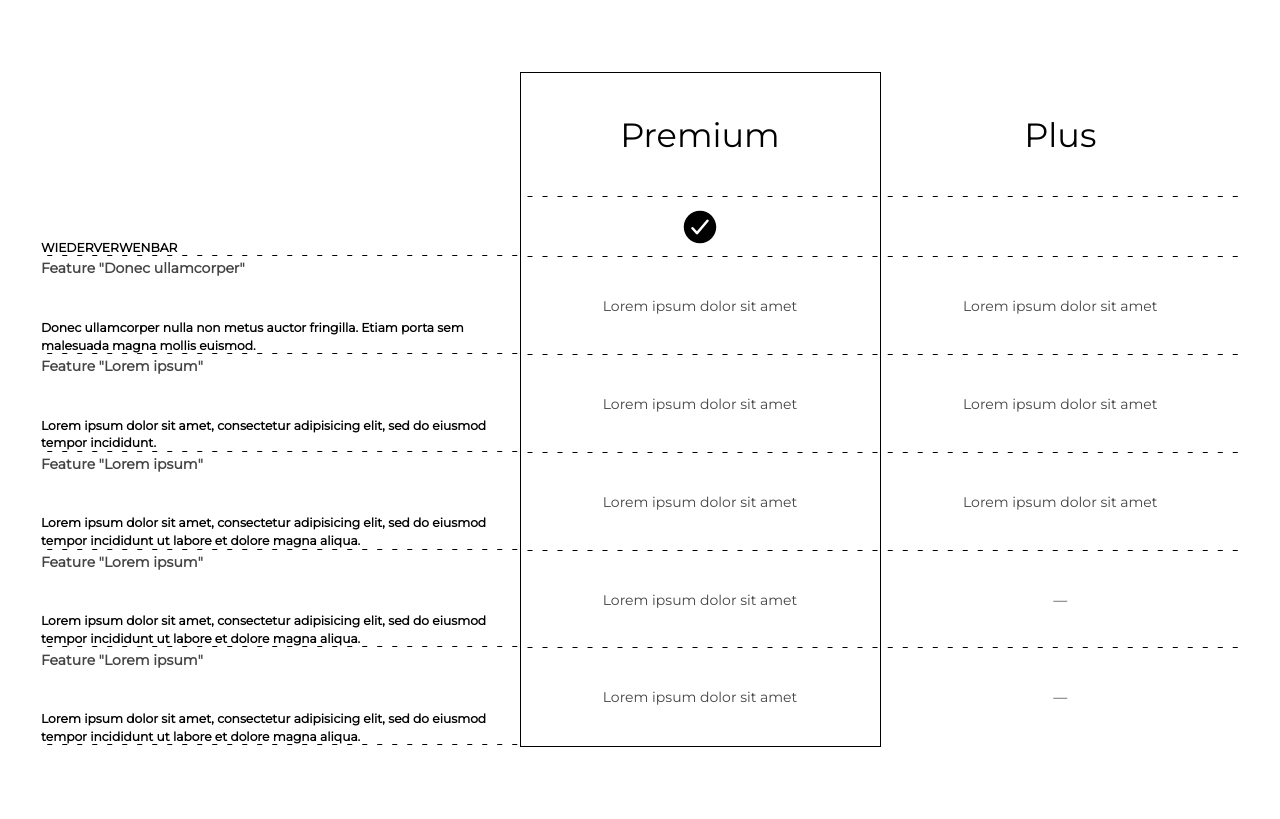
Repository: darlino/gotyu_shopify_section
Page: gotyu_table210223/index.html
The author's editor kept a copy of each file at every save. The page is drawn from the files as they stood at one save, then again after the next save.
The browser window is 1280 px wide. The pictures show the whole page.

Above is the page before, as saved 2023-02-21 13:16:55.

### gotyu_table210223/index.html
<!DOCTYPE html>
<html lang="en">
  <head>
    <meta charset="UTF-8" />
    <meta http-equiv="X-UA-Compatible" content="IE=edge" />
    <meta name="viewport" content="width=device-width, initial-scale=1.0" />
    <title>Document</title>
    <link rel="stylesheet" href="style.css" />
    <link rel="preconnect" href="https://fonts.googleapis.com" />
    <link rel="preconnect" href="https://fonts.gstatic.com" crossorigin />
    <link
      href="https://fonts.googleapis.com/css2?family=Montserrat&display=swap"
      rel="stylesheet"
    />
  </head>
  <body>
    <table>
      <colgroup></colgroup>
      <colgroup></colgroup>
      <colgroup></colgroup>

      <thead>
        <tr>
          <th>&nbsp;</th>
          <th>
            <h2>Premium</h2>
          </th>
          <th>
            <h2>Plus</h2>
          </th>
        </tr>
      </thead>

      <tbody>
        <tr>
          <th>
            <span> WIEDERVERWENBAR </span>
          </th>
          <td>
            <div class="icon-wrapper">
              <svg
                xmlns="http://www.w3.org/2000/svg"
                class="ionicon"
                viewBox="0 0 512 512"
              >
                <title>Checkmark Circle</title>
                <path
                  d="M256 48C141.31 48 48 141.31 48 256s93.31 208 208 208 208-93.31 208-208S370.69 48 256 48zm108.25 138.29l-134.4 160a16 16 0 01-12 5.71h-.27a16 16 0 01-11.89-5.3l-57.6-64a16 16 0 1123.78-21.4l45.29 50.32 122.59-145.91a16 16 0 0124.5 20.58z"
                />
              </svg>
            </div>
          </td>
          <td></td>
        </tr>
        <tr>
          <th>
            Feature "Donec ullamcorper"
            <span
              >Donec ullamcorper nulla non metus auctor fringilla. Etiam porta
              sem malesuada magna mollis euismod.</span
            >
          </th>
          <td>Lorem ipsum dolor sit amet</td>
          <td>Lorem ipsum dolor sit amet</td>
        </tr>
        <tr>
          <th>
            Feature "Lorem ipsum"
            <span
              >Lorem ipsum dolor sit amet, consectetur adipisicing elit, sed do
              eiusmod tempor incididunt.</span
            >
          </th>
          <td>Lorem ipsum dolor sit amet</td>
          <td>Lorem ipsum dolor sit amet</td>
        </tr>
        <tr>
          <th>
            Feature "Lorem ipsum"
            <span
              >Lorem ipsum dolor sit amet, consectetur adipisicing elit, sed do
              eiusmod tempor incididunt ut labore et dolore magna aliqua.</span
            >
          </th>
          <td>Lorem ipsum dolor sit amet</td>
          <td>Lorem ipsum dolor sit amet</td>
        </tr>
        <tr>
          <th>
            Feature "Lorem ipsum"
            <span
              >Lorem ipsum dolor sit amet, consectetur adipisicing elit, sed do
              eiusmod tempor incididunt ut labore et dolore magna aliqua.</span
            >
          </th>
          <td>Lorem ipsum dolor sit amet</td>
          <td>&mdash;</td>
        </tr>
        <tr>
          <th>
            Feature "Lorem ipsum"
            <span
              >Lorem ipsum dolor sit amet, consectetur adipisicing elit, sed do
              eiusmod tempor incididunt ut labore et dolore magna aliqua.</span
            >
          </th>
          <td>Lorem ipsum dolor sit amet</td>
          <td>&mdash;</td>
        </tr>
      </tbody>
    </table>
  </body>
</html>

### gotyu_table210223/style.css
body {
  background: #fff;
  font-family: "Montserrat", sans-serif;
  color: #000;
  text-align: center;
  padding: 4em 2em;
}

table {
  width: 100%;
  text-align: left;
  border-spacing: 0;
  border-collapse: collapse;
  -webkit-box-sizing: border-box;
  -moz-box-sizing: border-box;
  box-sizing: border-box;
  border: none;
}

th,
td {
  font-family: inherit;
  font-size: 0.875em;
  line-height: 1.45;
  color: #444;
  vertical-align: middle;
}
th {
  font-weight: 600;
}

colgroup:nth-child(1) {
  width: 40%;
  border: 0 none;
}
colgroup:nth-child(3) {
  width: 30%;
}
colgroup:nth-child(2) {
  width: 30%;
  border: 1px solid #000;
  border-radius: 50%;
}

/* Tablehead */

thead th {
  text-align: center;
  position: relative;
  background-image: linear-gradient(
    to right,
    black 33%,
    rgba(255, 255, 255, 0) 0%
  );
  background-position: bottom;
  background-size: 15px 1.2px;
  background-repeat: repeat-x;
  padding: 10px 0px 10px;
  color: #999;
}
thead th:nth-child(1) {
  background: transparent;
}
thead th h2 {
  font-weight: 300;
  font-size: 2.4em;
  color: #000;
}
thead th h2 + p {
  font-size: 1.25em;
  line-height: 1.4;
}

/* Tablebody */

tbody th {
  background: #fff;
}
tbody th span {
  font-weight: bold;
  font-size: 87.5%;
  margin: auto;
  color: #000;
  display: flex;
  background-image: linear-gradient(
    to right,
    black 33%,
    rgba(255, 255, 255, 0) 0%
  );
  background-position: bottom;
  background-size: 15px 1.2px;
  background-repeat: repeat-x;
  margin-top: 40px;
}

tbody td {
  background: #fff;
  text-align: center;
  background-image: linear-gradient(
    to right,
    black 33%,
    rgba(255, 255, 255, 0) 0%
  );
  background-position: bottom;
  background-size: 15px 1.2px;
  background-repeat: repeat-x;
}
tbody td .icon-wrapper {
  background: #fff;
  text-align: center;
  width: 40px;
  height: 40px;
  margin: auto;
  padding: 9px;
}

tbody tr:last-child td {
  border-bottom: 0 none;
  background-image: linear-gradient(to right, transparent 33%, transparent 0%);
  background-position: bottom;
  background-size: 15px 1.2px;
  background-repeat: repeat-x;
}

/* Tablefooter */

After the next save:
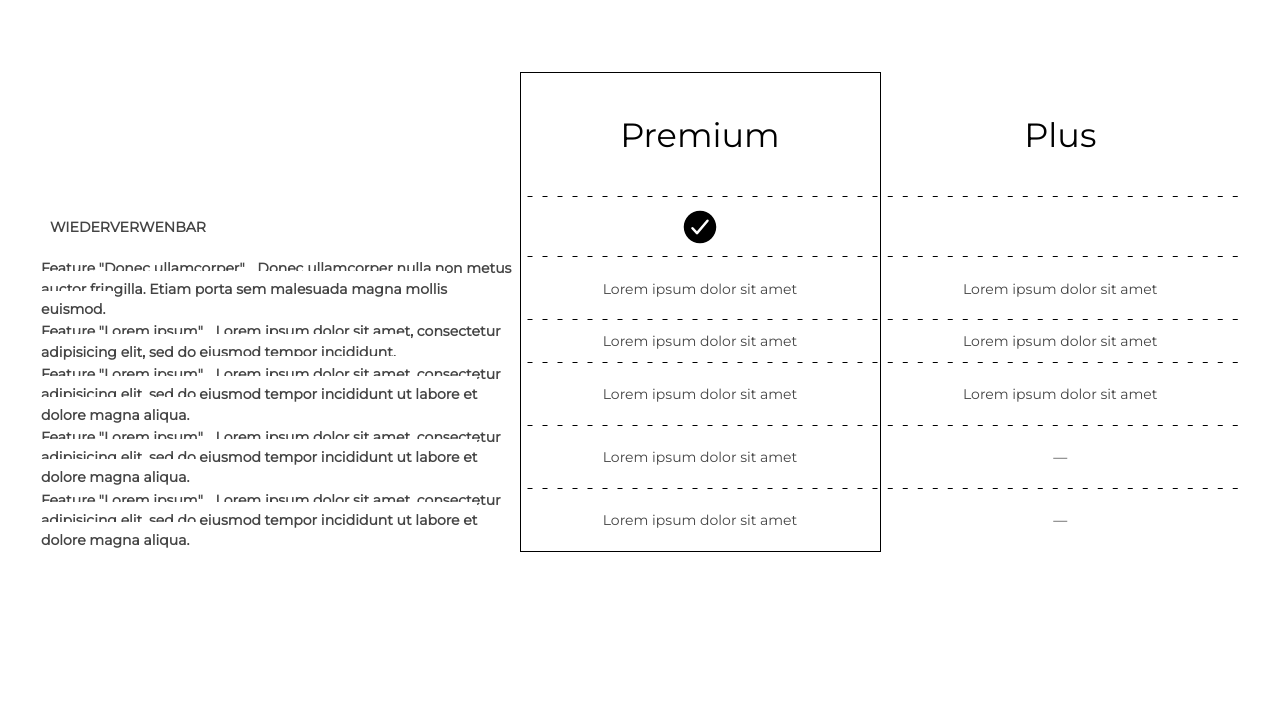
Saved 27 s later.
--- a/gotyu_table210223/style.css
+++ b/gotyu_table210223/style.css
@@ -77,20 +77,13 @@ tbody th {
   background: #fff;
 }
 tbody th span {
+  background: #fff;
+  text-align: center;
   font-weight: bold;
-  font-size: 87.5%;
+  width: 40px;
+  height: 40px;
   margin: auto;
-  color: #000;
-  display: flex;
-  background-image: linear-gradient(
-    to right,
-    black 33%,
-    rgba(255, 255, 255, 0) 0%
-  );
-  background-position: bottom;
-  background-size: 15px 1.2px;
-  background-repeat: repeat-x;
-  margin-top: 40px;
+  padding: 9px;
 }
 
 tbody td {
